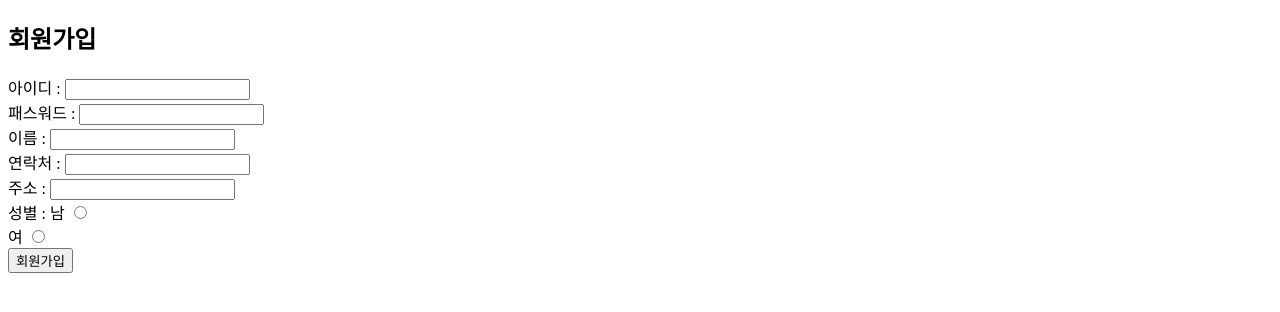
Repository: KimHeonSeung/TJE_HTML
Page: sources/day_02/WebContent/ch5/regist_label.html
The author's editor kept a copy of each file at every save. The page is drawn from the files as they stood at one save, then again after the next save.
The browser window is 1280 px wide. The pictures show the whole page.

Above is the page before, as saved 2019-05-13 03:53:26.

After the next save:
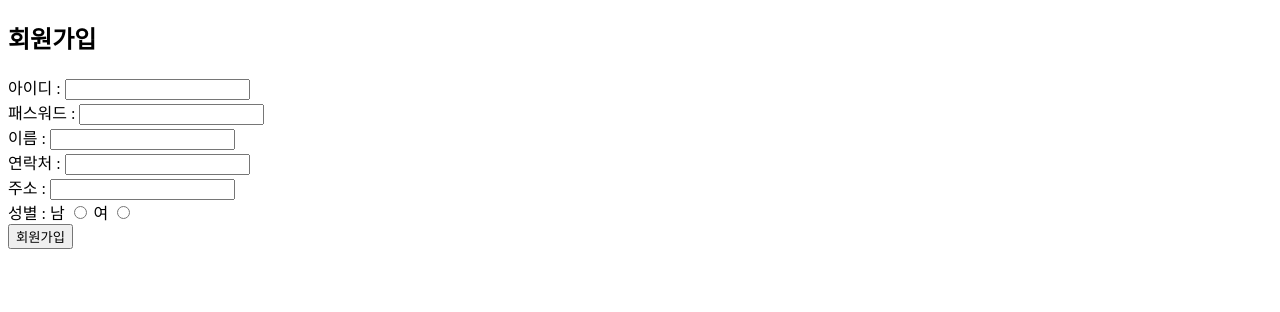
Saved 52 s later.
--- a/sources/day_02/WebContent/ch5/regist_label.html
+++ b/sources/day_02/WebContent/ch5/regist_label.html
@@ -18,7 +18,7 @@
 	연락처 : <input type = "text" name = "tel"> </br>
 	주소 : <input type = "text" name = "address"> </br>
 
-	성별 : 남 <input type = "radio" name = "gender"> </br>
+	성별 : 남 <input type = "radio" name = "gender">
 		여 <input type = "radio" name = "gender"> </br>
 
 	<input type = "submit" value = "회원가입">
